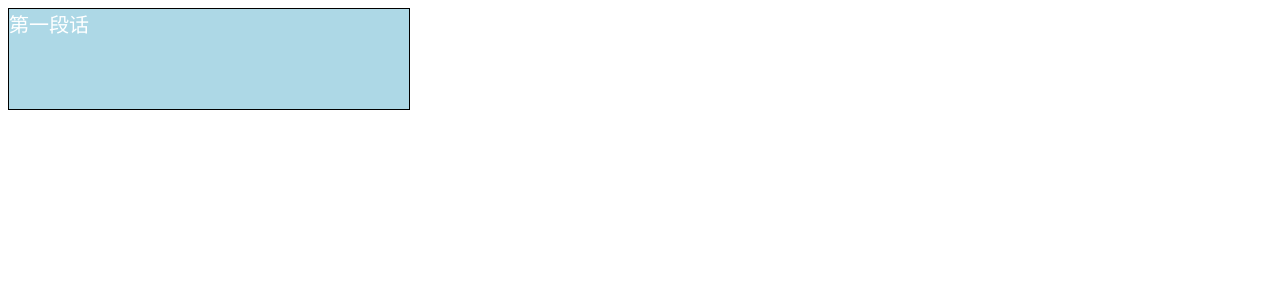
Repository: chjyume/zhongyi
Page: test.html
The author's editor kept a copy of each file at every save. The page is drawn from the files as they stood at one save, then again after the next save.
The browser window is 1280 px wide. The pictures show the whole page.

Above is the page before, as saved 2023-06-28 10:43:20.

After the next save:
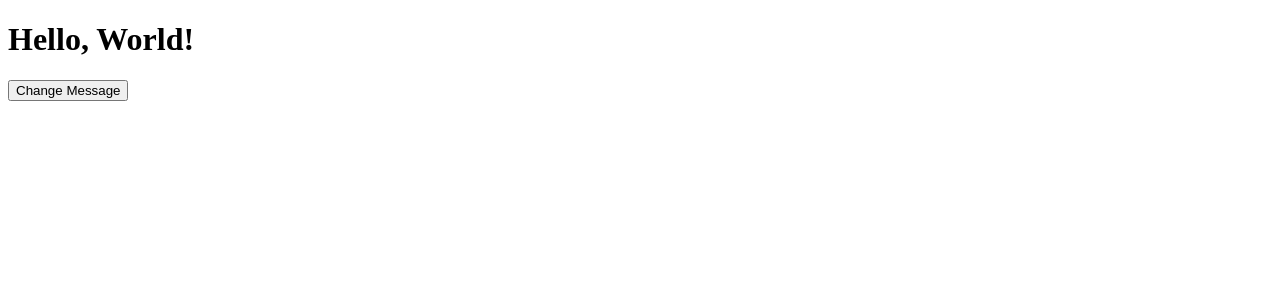
Saved 22 h 10 min later.
--- a/test.html
+++ b/test.html
@@ -1,59 +1,29 @@
 <!DOCTYPE html>
-<html>
-  <head>
-    <style>
-     #textDiv {
-  font-size: 20px;
-  width: 400px;
-  height: 100px;
-  border: 1px solid black;
-  position: relative;
-  overflow: hidden;
-}
+<html lang="en">
+<head>
+  <meta charset="UTF-8">
+  <title>Vue Simple Page</title>
+  <script src="https://cdn.jsdelivr.net/npm/vue/dist/vue.js"></script>
+</head>
+<body>
+  <div id="app">
+    <h1>{{ message }}</h1>
+    <button @click="changeMessage">Change Message</button>
+  </div>
 
-.even {
-  background-color: lightblue;
-  color: white;
-}
-
-    </style>
-  </head>
-  <body>
-    <div id="textDiv" style="cursor:pointer;"></div>
-    <script>
-   var textDiv = document.getElementById('textDiv');
-var texts = ['第一段话', '第二段话', '第三段话']; // 替换成你想显示的文字内容
-var currentTextIndex = -1;
-var currentText = "";
-
-function showNextText() {
-  if (currentTextIndex < texts.length - 1) {
-    currentTextIndex++;
-    currentText = texts[currentTextIndex];
-    var i = 0;
-    textDiv.innerHTML = ""; // 清空文字内容
-    if (currentTextIndex % 2 === 0) {
-      textDiv.classList.add("even"); // 添加 even 类名
-    } else {
-      textDiv.classList.remove("even"); // 移除 even 类名
-    }
-    var typing = setInterval(function() {
-      if (i < currentText.length) {
-        textDiv.innerHTML += currentText.charAt(i);
-        i++;
-      } else {
-        clearInterval(typing);
+  <script>
+    // 创建Vue实例
+    const app = new Vue({
+      el: '#app',
+      data: {
+        message: 'Hello, World!'
+      },
+      methods: {
+        changeMessage() {
+          this.message = 'Updated Message';
+        }
       }
-    }, 100);
-  } else {
-    return;
-  }
-}
-
-textDiv.addEventListener('click', showNextText);
-
-showNextText();
-
-    </script>
-  </body>
+    });
+  </script>
+</body>
 </html>

After the save that followed:
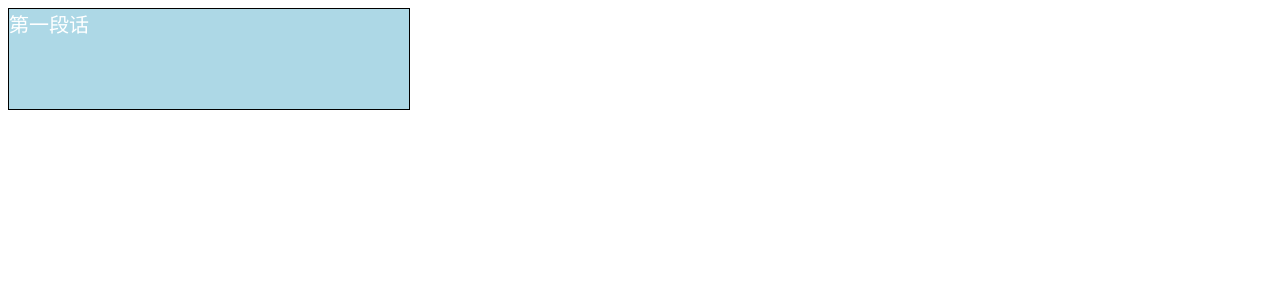
Saved 7 min 40 s later.
--- a/test.html
+++ b/test.html
@@ -1,29 +1,59 @@
 <!DOCTYPE html>
-<html lang="en">
-<head>
-  <meta charset="UTF-8">
-  <title>Vue Simple Page</title>
-  <script src="https://cdn.jsdelivr.net/npm/vue/dist/vue.js"></script>
-</head>
-<body>
-  <div id="app">
-    <h1>{{ message }}</h1>
-    <button @click="changeMessage">Change Message</button>
-  </div>
+<html>
+  <head>
+    <style>
+     #textDiv {
+  font-size: 20px;
+  width: 400px;
+  height: 100px;
+  border: 1px solid black;
+  position: relative;
+  overflow: hidden;
+}
 
-  <script>
-    // 创建Vue实例
-    const app = new Vue({
-      el: '#app',
-      data: {
-        message: 'Hello, World!'
-      },
-      methods: {
-        changeMessage() {
-          this.message = 'Updated Message';
-        }
+.even {
+  background-color: lightblue;
+  color: white;
+}
+
+    </style>
+  </head>
+  <body>
+    <div id="textDiv" style="cursor:pointer;"></div>
+    <script>
+   var textDiv = document.getElementById('textDiv');
+var texts = ['第一段话', '第二段话', '第三段话']; // 替换成你想显示的文字内容
+var currentTextIndex = -1;
+var currentText = "";
+
+function showNextText() {
+  if (currentTextIndex < texts.length - 1) {
+    currentTextIndex++;
+    currentText = texts[currentTextIndex];
+    var i = 0;
+    textDiv.innerHTML = ""; // 清空文字内容
+    if (currentTextIndex % 2 === 0) {
+      textDiv.classList.add("even"); // 添加 even 类名
+    } else {
+      textDiv.classList.remove("even"); // 移除 even 类名
+    }
+    var typing = setInterval(function() {
+      if (i < currentText.length) {
+        textDiv.innerHTML += currentText.charAt(i);
+        i++;
+      } else {
+        clearInterval(typing);
       }
-    });
-  </script>
-</body>
+    }, 100);
+  } else {
+    return;
+  }
+}
+
+textDiv.addEventListener('click', showNextText);
+
+showNextText();
+
+    </script>
+  </body>
 </html>
